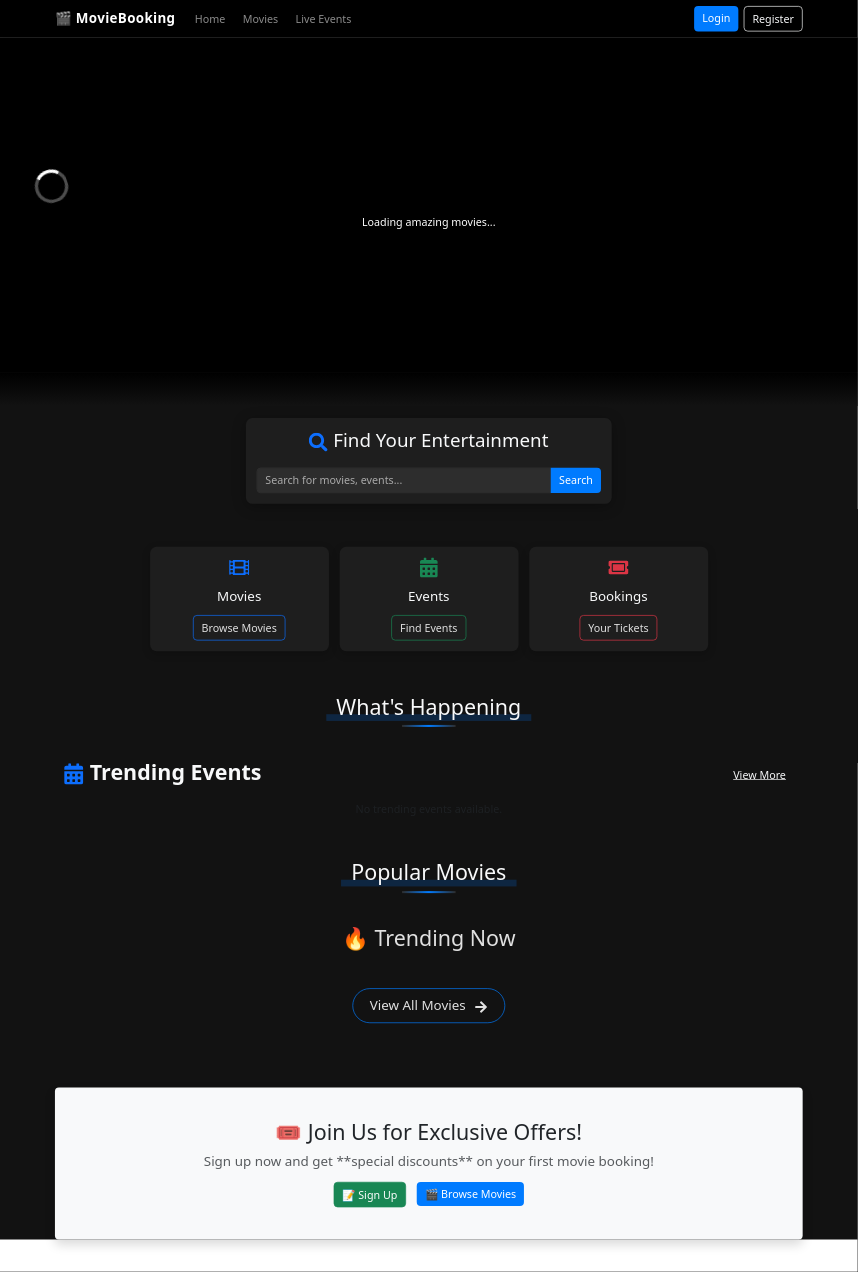
Repository: AshwinUgale/MovieBookingFrontend
Page: /
An editor plug-in stored every save of this project. The page is shown before and after the next save, followed by the edit.
The browser window is 1280 px wide. The pictures show the whole page, at 67% of full size.
The page's requests for data from a server got no answer. The project was rebuilt for these pictures with package versions that can differ from the ones it lists, and the page was loaded fresh each time. No one was signed in, and anything a server would have sent is missing. Also part of the build but not shown: src/pages/LoginPage.js, src/pages/RegisterPage.js, src/pages/DashboardPage.js, src/utils/PrivateRoute.js, src/components/GenreSection.js, src/pages/MovieList.js, src/pages/ShowtimesPage.js, src/pages/AdminMoviePage.js and 8 more.

Above is the page before, as saved 2025-03-31 01:01:36.

### src/index.js
import React from 'react';
import ReactDOM from 'react-dom/client';
import 'bootstrap/dist/css/bootstrap.min.css';


import App from './App';


const root = ReactDOM.createRoot(document.getElementById('root'));
root.render(
  <React.StrictMode>
    <App />
  </React.StrictMode>
);

### src/App.js
import { BrowserRouter as Router, Routes, Route } from "react-router-dom";
import HomePage from "./pages/HomePage";
import LoginPage from "./pages/LoginPage";
import RegisterPage from "./pages/RegisterPage";
import DashboardPage from "./pages/DashboardPage";
import PrivateRoute from "./utils/PrivateRoute";
import MovieList from "./pages/MovieList";
import ShowtimesPage from "./pages/ShowtimesPage";
import AdminMoviePage from "./pages/AdminMoviePage";
import AdminShowtimePage from "./pages/AdminShowtimePage";
import ShowtimePage from "./pages/ShowtimePage";
import PaymentPage from "./pages/PaymentPage";
import BookingHistoryPage from "./pages/BookingHistoryPage";
import CustomNavbar from "./components/Navbar";
import AuthProvider from "./context/AuthContext";
import Events from "./pages/Events";



function App() {
  return (
    <AuthProvider>
    <Router>
      <CustomNavbar/>
      <Routes>
        {/* Public Routes */}
        <Route path="/" element={<HomePage />} />
        <Route path="/login" element={<LoginPage />} />
        <Route path="/register" element={<RegisterPage />} />
        <Route path="/movies" element={<MovieList />} />  {/* ✅ Updated path */}
        <Route path="/events" element={<Events />} />
        <Route path="/showtimes/fake/:movieId" element={<ShowtimesPage />} />  {/* ✅ Updated path */}
        <Route path="/showtime/:showtimeId" element={<ShowtimePage />} />
        <Route path="/payment/:bookingId" element={<PaymentPage />} />

        {/* Protected Routes */}
        <Route path="/dashboard" element={<PrivateRoute component={DashboardPage} />} />
        <Route path="/admin/movies" element={<PrivateRoute component={AdminMoviePage} />} />
        <Route path="/admin/showtimes" element={<PrivateRoute component={AdminShowtimePage} />} />
        <Route path="/bookings" element={<PrivateRoute component={BookingHistoryPage} />} />
      </Routes>
    </Router>
    </AuthProvider>
  );
}

export default App;

### src/components/Navbar.js
import { Link } from "react-router-dom";
import { useContext } from "react";
import { AuthContext } from "../context/AuthContext"; // ✅ Import AuthContext
import { Navbar, Nav, Container, Button } from "react-bootstrap"; // ✅ Import Bootstrap components

const CustomNavbar = () => {
    const { isAuthenticated, logout } = useContext(AuthContext); // ✅ Use authentication state

    return (
        <Navbar bg="black" variant="dark" expand="lg" className="custom-navbar">
            <Container>
                <Navbar.Brand as={Link} to="/" className="brand-text">🎬 MovieBooking</Navbar.Brand>
                <Navbar.Toggle aria-controls="basic-navbar-nav" />
                <Navbar.Collapse id="basic-navbar-nav">
                    <Nav className="me-auto">
                        <Nav.Link as={Link} to="/" className="nav-link-custom">Home</Nav.Link>
                        <Nav.Link as={Link} to="/movies" className="nav-link-custom">Movies</Nav.Link>
                        <Nav.Link as={Link} to="/events" className="nav-link-custom">Live Events</Nav.Link>
                        {isAuthenticated && <Nav.Link as={Link} to="/bookings" className="nav-link-custom">My Bookings</Nav.Link>}
                    </Nav>
                    <Nav>
                        {!isAuthenticated ? (
                            <>
                                <Button variant="primary" as={Link} to="/login" className="mx-2">Login</Button>
                                <Button variant="outline-light" as={Link} to="/register">Register</Button>
                            </>
                        ) : (
                            <Button variant="outline-light" onClick={logout}>Logout</Button>
                        )}
                    </Nav>
                </Navbar.Collapse>
            </Container>
        </Navbar>
    );
};

// Add styles for the navbar to match carousel background
const navbarStyle = `
    .custom-navbar {
        background-color: #000 !important;
        box-shadow: 0 2px 10px rgba(0,0,0,0.2);
    }

    .brand-text {
        font-weight: 600;
        letter-spacing: 0.5px;
    }

    .nav-link-custom {
        margin: 0 5px;
        transition: color 0.2s ease;
        position: relative;
    }

    .nav-link-custom:after {
        content: '';
        position: absolute;
        bottom: 0;
        left: 50%;
        transform: translateX(-50%);
        width: 0;
        height: 2px;
        background-color: #007bff;
        transition: width 0.3s ease;
    }

    .nav-link-custom:hover:after {
        width: 100%;
    }

    .nav-link-custom:hover {
        color: #fff !important;
    }
`;

// Inject styles
const styleTag = document.createElement("style");
styleTag.innerHTML = navbarStyle;
document.head.appendChild(styleTag);

export default CustomNavbar;

### src/context/AuthContext.js
import { createContext, useState, useEffect } from "react";

export const AuthContext = createContext();

const AuthProvider = ({ children }) => {
    const [isAuthenticated, setIsAuthenticated] = useState(!!localStorage.getItem("token"));

    useEffect(() => {
        const handleStorageChange = () => {
            setIsAuthenticated(!!localStorage.getItem("token"));
        };

        window.addEventListener("storage", handleStorageChange);

        return () => {
            window.removeEventListener("storage", handleStorageChange);
        };
    }, []);

    const login = (token) => {
        localStorage.setItem("token", token);
        setIsAuthenticated(true);
    };

    const logout = () => {
        localStorage.removeItem("token");
        setIsAuthenticated(false);
    };

    return (
        <AuthContext.Provider value={{ isAuthenticated, login, logout }}>
            {children}
        </AuthContext.Provider>
    );
};

export default AuthProvider;

### src/components/TrendingMovies.js
import React, { useEffect, useState } from "react";
import api from "../services/api";
import { Card, Row, Col, Badge } from "react-bootstrap";
import { FaStar } from "react-icons/fa";

const TrendingMovies = () => {
  const [movies, setMovies] = useState([]);

  useEffect(() => {
    async function fetchMovies() {
      try {
        const response = await api.get("/movies");
        setMovies(response.data.slice(0, 6)); // Show 6 trending movies
      } catch (error) {
        console.error("Error fetching movies:", error);
      }
    }
    fetchMovies();
  }, []);

  return (
    <div className="container my-5">
      <h2 className="text-center">🔥 Trending Now</h2>
      <Row>
        {movies.map(movie => (
          <Col key={movie._id} md={4} className="mb-4">
            <Card className="dark-card movie-card">
              <div className="movie-poster-wrapper">
                <Card.Img variant="top" src={movie.posterUrl || "/default-poster.jpg"} />
                <div className="movie-rating">
                  <FaStar className="text-warning me-1" />
                  <span>{((Math.random() * 2) + 7).toFixed(1)}</span>
                </div>
              </div>
              <Card.Body>
                <Card.Title className="text-light">{movie.title}</Card.Title>
                <div className="mb-2">
                  {['Action', 'Drama'].map((genre, index) => (
                    <Badge key={index} bg="secondary" className="me-1">{genre}</Badge>
                  ))}
                </div>
                <a href={`/movies/${movie._id}`} className="btn btn-primary w-100 mt-2">View Details</a>
              </Card.Body>
            </Card>
          </Col>
        ))}
      </Row>
    </div>
  );
};

// Add styles for dark mode movie cards
const movieStyles = `
  .dark-card {
    background-color: #1e1e1e;
    color: #e0e0e0;
    border: none;
    box-shadow: 0 4px 12px rgba(0,0,0,0.2);
  }

  .movie-card {
    border-radius: 10px;
    overflow: hidden;
    transition: transform 0.3s ease, box-shadow 0.3s ease;
  }

  .movie-card:hover {
    transform: translateY(-5px);
    box-shadow: 0 10px 25px rgba(0, 0, 0, 0.3) !important;
  }

  .movie-poster-wrapper {
    position: relative;
    overflow: hidden;
  }

  .movie-poster-wrapper img {
    height: 300px;
    object-fit: cover;
    transition: transform 0.3s ease;
  }

  .movie-card:hover .movie-poster-wrapper img {
    transform: scale(1.05);
  }

  .movie-rating {
    position: absolute;
    bottom: 10px;
    right: 10px;
    background-color: rgba(0, 0, 0, 0.7);
    color: white;
    padding: 5px 10px;
    border-radius: 20px;
    font-weight: bold;
    display: flex;
    align-items: center;
  }
`;

// Inject styles
const styleTag = document.createElement("style");
styleTag.innerHTML = movieStyles;
document.head.appendChild(styleTag);

export default TrendingMovies;

### src/components/CallToAction.js
import React from "react";
import { Container, Button } from "react-bootstrap";
import { Link } from "react-router-dom";

const CallToAction = () => {
  return (
    <Container className="text-center my-5 py-5 bg-light rounded shadow">
      <h2 className="text-dark">🎟️ Join Us for Exclusive Offers!</h2>
      <p className="lead text-muted">
        Sign up now and get **special discounts** on your first movie booking!
      </p>
      <div className="d-flex justify-content-center">
        <Link to="/register">
          <Button variant="success" className="mx-2">📝 Sign Up</Button>
        </Link>
        <Link to="/movies">
          <Button variant="primary" className="mx-2">🎬 Browse Movies</Button>
        </Link>
      </div>
    </Container>
  );
};

export default CallToAction;

### src/components/TrendingEvents.js
import React, { useEffect, useState } from "react";
import { fetchEvents } from "../services/api";
import { Link } from "react-router-dom";
import { Container, Row, Col, Card, Button, Badge } from "react-bootstrap";
import { FaCalendarAlt, FaMapMarkerAlt, FaTicketAlt } from "react-icons/fa";

const TrendingEvents = () => {
  const [events, setEvents] = useState([]);

  useEffect(() => {
    const getEvents = async () => {
      const eventsData = await fetchEvents();

      // Remove duplicates and take the top 6
      const uniqueEvents = Array.from(new Map(eventsData.map(event => [event.id, event])).values());

      setEvents(uniqueEvents.slice(0, 6));
    };

    getEvents();
  }, []);

  return (
    <Container className="mt-5">
      <div className="d-flex justify-content-between align-items-center mb-3">
        <h2 className="fw-bold text-light">
          <FaCalendarAlt className="me-2 text-primary" />
          Trending Events
        </h2>
        <Link to="/events" className="btn btn-link text-light">View More</Link>
      </div>

      <Row className="g-4 justify-content-center">
        {events.length > 0 ? (
          events.map((event) => (
            <Col key={event.id} xs={12} sm={6} md={4} lg={3} xl={2}>
              <Card className="dark-card event-card border-0">
                {/* Better Image Handling */}
                <div className="event-image-container">
                  <Card.Img
                    variant="top"
                    src={event.images?.find(img => img.ratio === "16_9")?.url || event.images?.[0]?.url || "/fallback-event.jpg"}
                    alt={event.name}
                    className="event-image"
                    onError={(e) => { e.target.src = "/fallback-event.jpg"; }}
                  />
                  {event.dates?.start?.localDate && (
                    <div className="event-date">
                      <FaCalendarAlt className="me-1" />
                      {new Date(event.dates.start.localDate).toLocaleDateString('en-US', {month: 'short', day: 'numeric'})}
                    </div>
                  )}
                </div>

                <Card.Body className="text-center">
                  <Card.Title className="text-truncate text-light">{event.name}</Card.Title>
                  {event._embedded?.venues?.[0]?.name && (
                    <div className="mb-2 text-muted event-venue">
                      <FaMapMarkerAlt className="me-1" />
                      <small>{event._embedded.venues[0].name}</small>
                    </div>
                  )}
                  <Button
                    variant="primary"
                    size="sm"
                    href={event.url}
                    target="_blank"
                    rel="noopener noreferrer"
                    className="w-100"
                  >
                    <FaTicketAlt className="me-1" />
                    Get Tickets
                  </Button>
                </Card.Body>
              </Card>
            </Col>
          ))
        ) : (
          <p className="text-center text-muted col-12">No trending events available.</p>
        )}
      </Row>
    </Container>
  );
};

// Inject Styles Directly into the Page
const trendingEventsStyles = `
  .dark-card {
    background-color: #1e1e1e;
    color: #e0e0e0;
    border: none;
    box-shadow: 0 4px 12px rgba(0,0,0,0.2);
  }

  .event-card {
    border-radius: 10px;
    overflow: hidden;
    transition: transform 0.3s ease, box-shadow 0.3s ease;
  }

  .event-card:hover {
    transform: translateY(-5px);
    box-shadow: 0 10px 20px rgba(0,0,0,0.25) !important;
  }

  .event-image-container {
    height: 180px;
    position: relative;
    overflow: hidden;
    background: #121212;
  }

  .event-image {
    width: 100%;
    height: 100%;
    object-fit: cover;
    transition: transform 0.3s ease;
  }

  .event-card:hover .event-image {
    transform: scale(1.05);
  }

  .event-date {
    position: absolute;
    top: 10px;
    right: 10px;
    background-color: rgba(0, 0, 0, 0.7);
    color: white;
    padding: 5px 10px;
    border-radius: 20px;
    font-size: 0.8rem;
    display: flex;
    align-items: center;
  }

  .event-venue {
    display: flex;
    align-items: center;
    justify-content: center;
    color: #aaa !important;
  }

  .btn-primary {
    background-color: #007bff;
    border: none;
    transition: all 0.3s ease;
  }

  .btn-primary:hover {
    background-color: #0069d9;
  }
`;

const styleTag = document.createElement("style");
styleTag.innerHTML = trendingEventsStyles;
document.head.appendChild(styleTag);

export default TrendingEvents;

### src/services/api.js
import axios from "axios";

const api = axios.create({
  baseURL: "http://localhost:5000/api",
  headers: {
    "Content-Type": "application/json",
  },
});


api.interceptors.request.use((config) => {
  const token = localStorage.getItem("token");
  if (token) {
    config.headers.Authorization = `Bearer ${token}`;
  }
  return config;
});

export const fetchMovies = async () => {
  const response = await api.get("/movies");
  return response.data;
};


export const fetchShowtimes = async (movieId) => {
  try {
    const response = await api.get(`/showtimes/fake?movie=${movieId}`);
    console.log("🎬 API response:", response.data);
    return response.data;
  } catch (error) {
    console.error("Error fetching showtimes:", error);
    return [];
  }
};



export const addMovie = async (movieData) => {
  const token = localStorage.getItem("token");
  const response = await api.post("/movies", movieData, {
    headers: { Authorization: `Bearer ${token}` },
  });
  return response.data;
};

export const addShowtime = async (showtimeData) => {
  const token = localStorage.getItem("token");
  const response = await api.post("/showtimes", showtimeData, {
    headers: { Authorization: `Bearer ${token}` },
  });
  return response.data;
};


export const fetchSeats = async (showtimeId) => {
  try {
    const response = await api.get(`/showtimes/${showtimeId}`);
    console.log("🎯 Seat API response:", response.data);

    if (response.data && Array.isArray(response.data.availableSeats) && response.data.availableSeats.length > 0) {
      return response.data.availableSeats;
    } else {
      console.warn("🚨 No availableSeats or empty, falling back.");
      return generateReducedSeats();
    }
  } catch (error) {
    console.error("❌ Error fetching seats:", error);
    return generateReducedSeats();
  }
};


// ✅ Function to Generate a Reduced Theater Layout (30-40% fewer seats)
const generateReducedSeats = () => {
  const sections = ["VIP", "Platinum", "Gold", "Silver", "Economy"];
  let generatedSeats = [];

  sections.forEach((section) => {
    for (let row = 1; row <= 5; row++) { // Reduced from 7 to 5 rows
      for (let seat = 1; seat <= 8; seat++) { // Reduced from 12 to 8 seats per row
        generatedSeats.push({
          id: `${section}-${row}-${seat}`,
          number: `${section[0]}${row}${seat}`, // Example: V12, P32
          type: section,
          booked: Math.random() < 0.1 // 10% seats randomly booked
        });
      }
    }
  });

  return generatedSeats;
};




export const bookSeats = async (showtimeId, selectedSeats) => {
  const response = await api.post("/bookings", {
    showtimeId,
    seats: selectedSeats,
  });
  return response.data;
};


export const mockPayment = async (bookingId) => {
  try {
      const response = await api.post("/payments/pay", { bookingId });
      return response.data;
  } catch (error) {
      console.error("Error processing mock payment:", error);
      throw error;
  }
};

export const fetchBookingHistory = async () => {
  try {
      const response = await api.get("/bookings/history");  // GET request
      return response.data;
  } catch (error) {
      console.error("Error fetching booking history:", error);
      throw error;
  }
};


export const cancelBooking = async (bookingId) => {
  try {
      const response = await api.delete(`/bookings/${bookingId}`); // DELETE request
      return response.data;
  } catch (error) {
      console.error("Error canceling booking:", error);
      throw error;
  }
};

export const fetchEvents = async (city = "", category = "") => {
  try {
    let url = "/ticketmaster/events";

    const queryParams = [];
    if (city) queryParams.push(`city=${encodeURIComponent(city)}`);
    if (category) queryParams.push(`category=${category}`);

    if (queryParams.length > 0) {
      url += "?" + queryParams.join("&");
    }

    console.log("🔍 Fetching events from:", url); // Debugging API request

    const response = await api.get(url);
    console.log("✅ Received Events Data:", response.data); // Debugging API response

    return response.data;
  } catch (error) {
    console.error("❌ Error fetching live events:", error.response?.data || error.message);
    return [];
  }
};




export default api;

Loaded but not shown: public/index.html (common file); src/components/HeroSection.js (545 lines, source omitted); src/pages/HomePage.js (269 lines, source omitted)

After the next save:
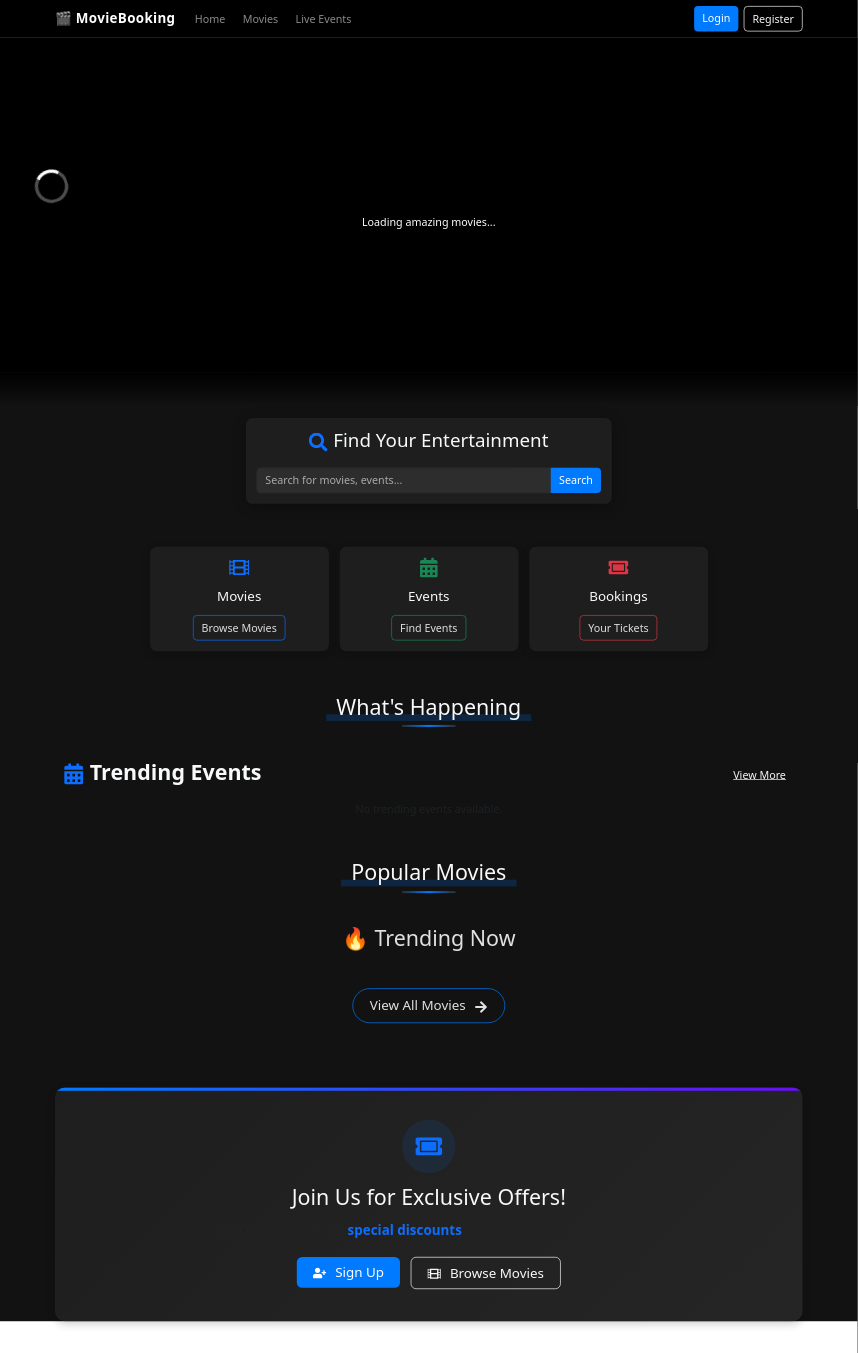
Saved 17 s later.
--- a/src/components/CallToAction.js
+++ b/src/components/CallToAction.js
@@ -1,24 +1,70 @@
 import React from "react";
-import { Container, Button } from "react-bootstrap";
+import { Container, Button, Card } from "react-bootstrap";
 import { Link } from "react-router-dom";
+import { FaUserPlus, FaFilm, FaTicketAlt } from "react-icons/fa";
 
 const CallToAction = () => {
   return (
-    <Container className="text-center my-5 py-5 bg-light rounded shadow">
-      <h2 className="text-dark">🎟️ Join Us for Exclusive Offers!</h2>
-      <p className="lead text-muted">
-        Sign up now and get **special discounts** on your first movie booking!
-      </p>
-      <div className="d-flex justify-content-center">
-        <Link to="/register">
-          <Button variant="success" className="mx-2">📝 Sign Up</Button>
-        </Link>
-        <Link to="/movies">
-          <Button variant="primary" className="mx-2">🎬 Browse Movies</Button>
-        </Link>
-      </div>
-    </Container>
+    <Card className="dark-card cta-card border-0 my-5">
+      <Card.Body className="text-center py-5">
+        <div className="cta-icon mb-3">
+          <FaTicketAlt size={40} className="text-primary" />
+        </div>
+        <h2 className="text-light mb-3">Join Us for Exclusive Offers!</h2>
+        <p className="lead text-muted mb-4">
+          Sign up now and get <span className="text-primary fw-bold">special discounts</span> on your first movie booking!
+        </p>
+        <div className="d-flex justify-content-center">
+          <Link to="/register">
+            <Button variant="primary" size="lg" className="mx-2 px-4">
+              <FaUserPlus className="me-2" /> Sign Up
+            </Button>
+          </Link>
+          <Link to="/movies">
+            <Button variant="outline-light" size="lg" className="mx-2 px-4">
+              <FaFilm className="me-2" /> Browse Movies
+            </Button>
+          </Link>
+        </div>
+      </Card.Body>
+    </Card>
   );
 };
 
+// Add styles for the dark theme call to action
+const ctaStyles = `
+  .cta-card {
+    background: linear-gradient(135deg, #1e1e1e 0%, #252525 100%);
+    border-radius: 15px;
+    overflow: hidden;
+    box-shadow: 0 5px 20px rgba(0,0,0,0.25);
+  }
+
+  .cta-card:before {
+    content: '';
+    position: absolute;
+    top: 0;
+    left: 0;
+    right: 0;
+    height: 5px;
+    background: linear-gradient(to right, #007bff, #6610f2);
+  }
+
+  .cta-icon {
+    background-color: rgba(0, 123, 255, 0.1);
+    width: 80px;
+    height: 80px;
+    border-radius: 50%;
+    display: flex;
+    align-items: center;
+    justify-content: center;
+    margin: 0 auto;
+  }
+`;
+
+// Inject styles
+const styleTag = document.createElement("style");
+styleTag.innerHTML = ctaStyles;
+document.head.appendChild(styleTag);
+
 export default CallToAction;
